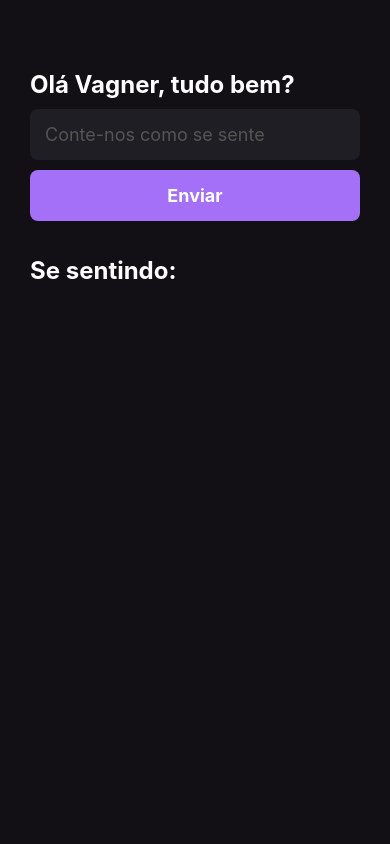
Repository: vagnereix/01-myskills-trilha-react-native
Screen: /
An editor plug-in stored every save of this project. The screen is shown before and after the next save, followed by the edit.
The app was drawn by React Native's web renderer in a window 390 px wide. The project was rebuilt for these pictures with package versions that can differ from the ones it lists, and the page was loaded fresh each time.

Above is the screen before, as saved 2021-06-17 17:58:22.

After the next save:
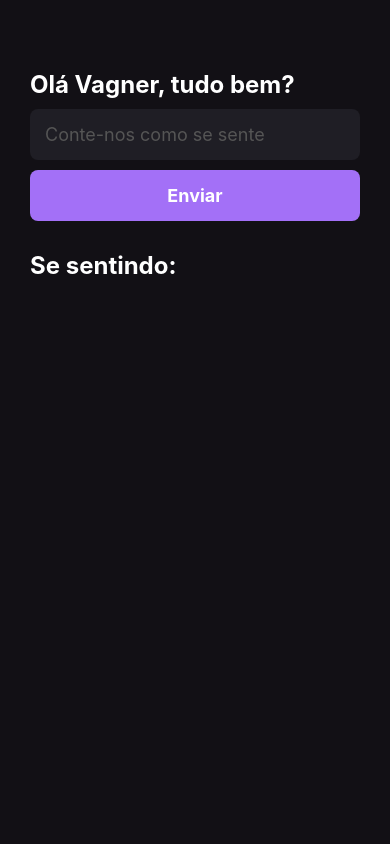
Saved 6 s later.
--- a/pages/home.tsx
+++ b/pages/home.tsx
@@ -34,7 +34,7 @@ export function Home() {
           <Text style={styles.touchText}>Enviar</Text>
         </TouchableOpacity>
 
-        <Text style={[styles.title, {marginTop: 35}]}>Se sentindo:</Text>
+        <Text style={[styles.title, {marginTop: 30}]}>Se sentindo:</Text>
         <Text style={styles.feeling}>{ feeling }</Text>
       </View>
     );
